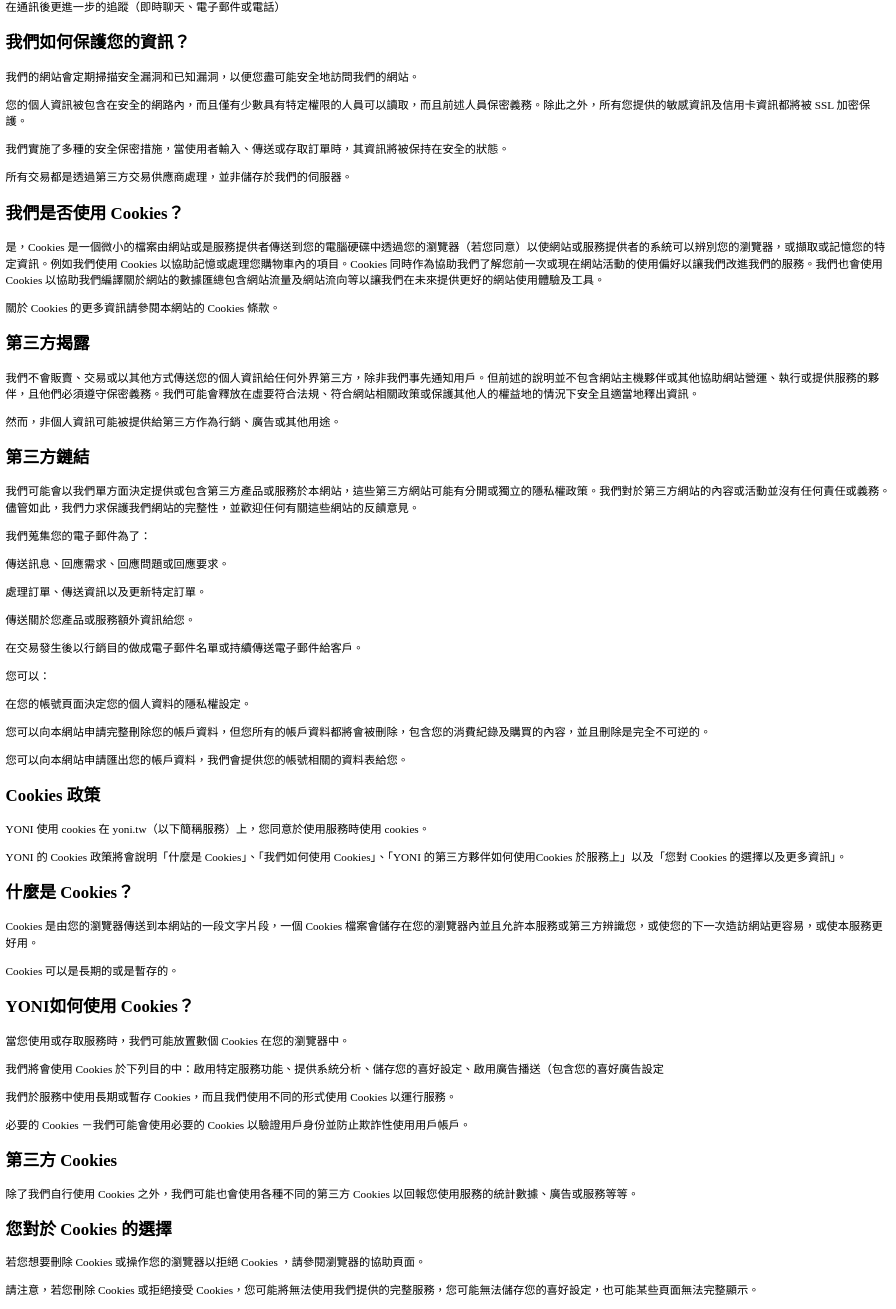
Repository: Jeffrey0117/yoni
Page: privacy.html
These files come from the project's save history. The page is drawn as it stood at one moment and after the next save; the edit follows.
The browser window is 1280 px wide. The pictures show the part of the page from y = 943 to 2863 px (the page is 2813 px tall before and 2863 px after), at 70% of full size.

Above is the page before, as saved 2025-10-15 20:48:22.

### privacy.html
<!DOCTYPE html>
<html lang="zh-TW">
<head>
<meta charset="UTF-8">
<title>隱私權政策</title>
</head>
<body>
<h1>隱私權條款</h1>
<p>本隱私權條款的編制目的是在提供在乎其線上使用個人資訊的使用者更好的服務。個人資訊是特定資訊可以被用於辨識、聯絡或定位個人，或是辨識獨立個體的內容。請仔細閱讀我們的隱私權政策以清楚了解我們如何在我們網站蒐集、使用、保護或處理您的個人資訊。</p>
<h2>我們會如何蒐集資訊？</h2>
<p>我們收集資訊是為了提供您更優質的服務，並用以判斷符合您需求的基本設定，當您在網站上購買或註冊時，我們可能會適當的要求您輸入您的姓名、電子郵件地址、信用卡資訊或其他資訊以協助您有更好的體驗。</p>
<p>如果您未登入本平台時，我們會運用您使用的瀏覽器或裝置所連接的唯一識別碼儲存我們所收集的資訊。</p>
<p>如果您登入本平台，我們會另外蒐集您註冊或使用本平台時所提供或儲存的相關資訊，並作為您的個人資料處理。</p>
<h2>我們什麼時候蒐集資訊？</h2>
<p>我們會在您嘗試註冊網站或 app、登入網站、使用網站、購買商品、填寫表單或提出支援請求等情形時蒐集資訊。</p>
<h2>我們會蒐集哪些資訊？</h2>
<p>我們可能會蒐集您使用的應用程式、瀏覽器和裝置資訊，除了提供您更優質的服務外，更有機會確保您所使用的應用程式、瀏覽器或裝置是屬於您個人所有，以盡可能的保障您的帳號安全。</p>
<p>我們可能會蒐集您使用本網站服務時進行的相關活動資訊，其中可能包含有您蒐尋的字詞、您觀看的影片、瀏覽次數、互動次數、交易活動、交流對象、分享對象、瀏覽紀錄、付款資訊、付款紀錄、電子郵件資訊及聯絡資訊等。</p>
<h2>我們會如何使用您的資訊？</h2>
<p>我們會以下列方式使用我們向您蒐集的資訊於您註冊時、購買時、登錄電子報時、回應調查時、市場溝通、瀏覽網頁或其他特定網站內容：</p>
<p>提供您個人化體驗以允許我們傳送您可能有興趣的內容或產品給您。</p>
<p>改進我們的網站以提供您更好的服務。</p>
<p>允許我們依照您的要求或回應提供更好的服務。</p>
<p>提供您更快速的交易方法。</p>
<p>請求您對產品或服務評分或留言。</p>
<p>在通訊後更進一步的追蹤（即時聊天、電子郵件或電話）</p>
<h2>我們如何保護您的資訊？</h2>
<p>我們的網站會定期掃描安全漏洞和已知漏洞，以便您盡可能安全地訪問我們的網站。</p>
<p>您的個人資訊被包含在安全的網路內，而且僅有少數具有特定權限的人員可以讀取，而且前述人員保密義務。除此之外，所有您提供的敏感資訊及信用卡資訊都將被 SSL 加密保護。</p>
<p>我們實施了多種的安全保密措施，當使用者輸入、傳送或存取訂單時，其資訊將被保持在安全的狀態。</p>
<p>所有交易都是透過第三方交易供應商處理，並非儲存於我們的伺服器。</p>
<h2>我們是否使用 Cookies？</h2>
<p>是，Cookies 是一個微小的檔案由網站或是服務提供者傳送到您的電腦硬碟中透過您的瀏覽器（若您同意）以使網站或服務提供者的系統可以辨別您的瀏覽器，或擷取或記憶您的特定資訊。例如我們使用 Cookies 以協助記憶或處理您購物車內的項目。Cookies 同時作為協助我們了解您前一次或現在網站活動的使用偏好以讓我們改進我們的服務。我們也會使用 Cookies 以協助我們編譯關於網站的數據匯總包含網站流量及網站流向等以讓我們在未來提供更好的網站使用體驗及工具。</p>
<p>關於 Cookies 的更多資訊請參閱本網站的 Cookies 條款。</p>
<h2>第三方揭露</h2>
<p>我們不會販賣、交易或以其他方式傳送您的個人資訊給任何外界第三方，除非我們事先通知用戶。但前述的說明並不包含網站主機夥伴或其他協助網站營運、執行或提供服務的夥伴，且他們必須遵守保密義務。我們可能會釋放在虛要符合法規、符合網站相關政策或保護其他人的權益地的情況下安全且適當地釋出資訊。</p>
<p>然而，非個人資訊可能被提供給第三方作為行銷、廣告或其他用途。</p>
<h2>第三方鏈結</h2>
<p>我們可能會以我們單方面決定提供或包含第三方產品或服務於本網站，這些第三方網站可能有分開或獨立的隱私權政策。我們對於第三方網站的內容或活動並沒有任何責任或義務。儘管如此，我們力求保護我們網站的完整性，並歡迎任何有關這些網站的反饋意見。</p>
<p>我們蒐集您的電子郵件為了：</p>
<p>傳送訊息、回應需求、回應問題或回應要求。</p>
<p>處理訂單、傳送資訊以及更新特定訂單。</p>
<p>傳送關於您產品或服務額外資訊給您。</p>
<p>在交易發生後以行銷目的做成電子郵件名單或持續傳送電子郵件給客戶。</p>
<p>您可以：</p>
<p>在您的帳號頁面決定您的個人資料的隱私權設定。</p>
<p>您可以向本網站申請完整刪除您的帳戶資料，但您所有的帳戶資料都將會被刪除，包含您的消費紀錄及購買的內容，並且刪除是完全不可逆的。</p>
<p>您可以向本網站申請匯出您的帳戶資料，我們會提供您的帳號相關的資料表給您。</p>
<h2>Cookies 政策</h2>
<p>YONI 使用 cookies 在 yoni.tw（以下簡稱服務）上，您同意於使用服務時使用 cookies。</p>
<p>YONI 的 Cookies 政策將會說明「什麼是 Cookies」、「我們如何使用 Cookies」、「YONI 的第三方夥伴如何使用Cookies 於服務上」以及「您對 Cookies 的選擇以及更多資訊」。</p>
<h2>什麼是 Cookies？</h2>
<p>Cookies 是由您的瀏覽器傳送到本網站的一段文字片段，一個 Cookies 檔案會儲存在您的瀏覽器內並且允許本服務或第三方辨識您，或使您的下一次造訪網站更容易，或使本服務更好用。</p>
<p>Cookies 可以是長期的或是暫存的。</p>
<h2>YONI如何使用 Cookies？</h2>
<p>當您使用或存取服務時，我們可能放置數個 Cookies 在您的瀏覽器中。</p>
<p>我們將會使用 Cookies 於下列目的中：啟用特定服務功能、提供系統分析、儲存您的喜好設定、啟用廣告播送（包含您的喜好廣告設定</p>
<p>我們於服務中使用長期或暫存 Cookies，而且我們使用不同的形式使用 Cookies 以運行服務。</p>
<p>必要的 Cookies －我們可能會使用必要的 Cookies 以驗證用戶身份並防止欺詐性使用用戶帳戶。</p>
<h2>第三方 Cookies</h2>
<p>除了我們自行使用 Cookies 之外，我們可能也會使用各種不同的第三方 Cookies 以回報您使用服務的統計數據、廣告或服務等等。</p>
<h2>您對於 Cookies 的選擇</h2>
<p>若您想要刪除 Cookies 或操作您的瀏覽器以拒絕 Cookies ，請參閱瀏覽器的協助頁面。</p>
<p>請注意，若您刪除 Cookies 或拒絕接受 Cookies，您可能將無法使用我們提供的完整服務，您可能無法儲存您的喜好設定，也可能某些頁面無法完整顯示。</p>
</body>
</html>

After the next save:
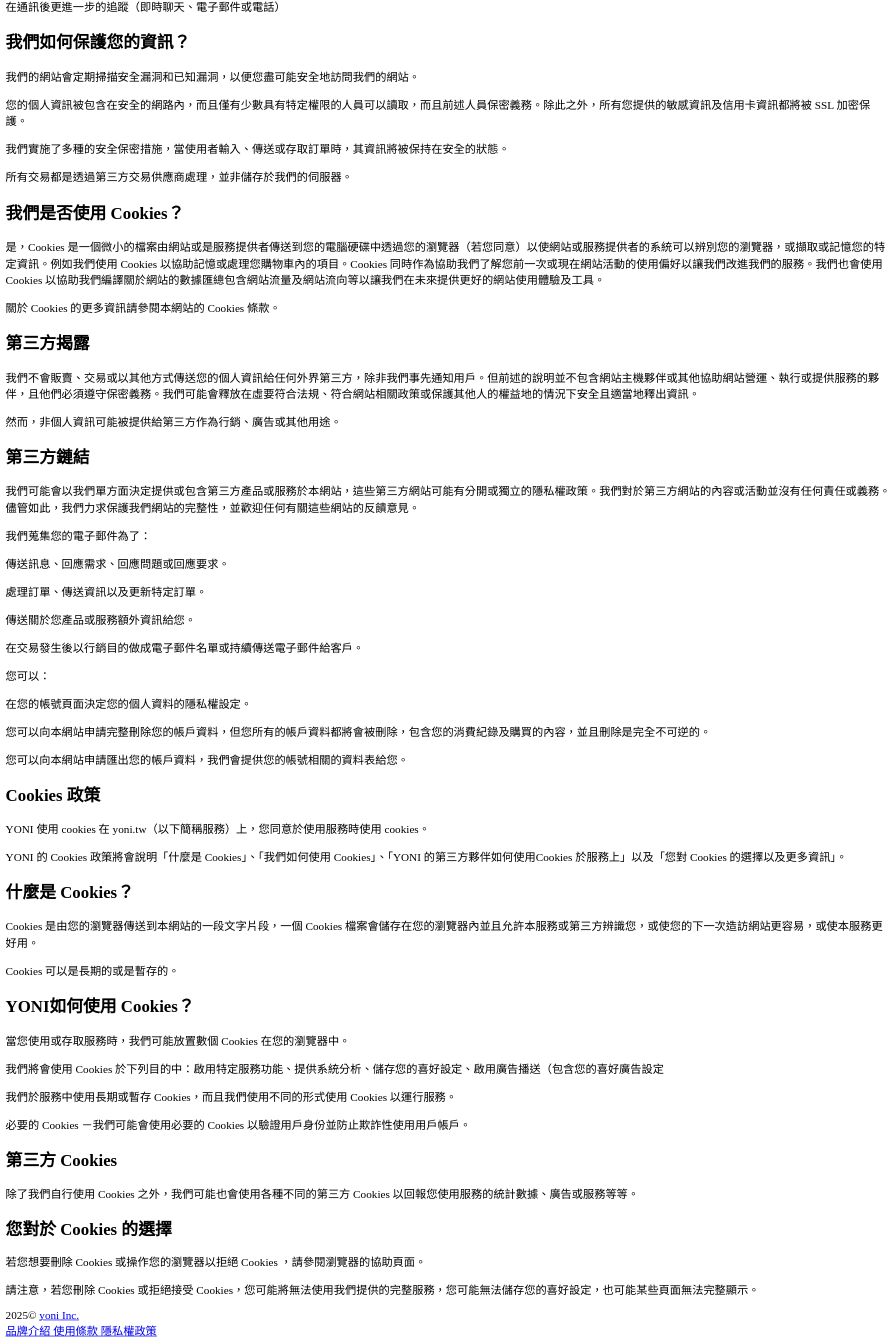
Saved 24 s later.
--- a/privacy.html
+++ b/privacy.html
@@ -62,5 +62,30 @@
 <h2>您對於 Cookies 的選擇</h2>
 <p>若您想要刪除 Cookies 或操作您的瀏覽器以拒絕 Cookies ，請參閱瀏覽器的協助頁面。</p>
 <p>請注意，若您刪除 Cookies 或拒絕接受 Cookies，您可能將無法使用我們提供的完整服務，您可能無法儲存您的喜好設定，也可能某些頁面無法完整顯示。</p>
-</body>
+    <footer class="footer mt-auto">
+      <div class="kt-container-fixed">
+        <div class="flex flex-col md:flex-row justify-center md:justify-between items-center gap-3 py-5">
+          <div class="flex order-2 md:order-1 gap-2 font-normal text-sm">
+            <span class="text-muted-foreground">
+              2025©
+            </span>
+            <a class="text-secondary-foreground hover:text-primary" href="https://www.yoni.tw">
+              yoni Inc.
+            </a>
+          </div>
+          <nav class="flex order-1 md:order-2 gap-4 font-normal text-sm text-secondary-foreground">
+            <a class="hover:text-primary" href="about.html">
+              品牌介紹
+            </a>
+            <a class="hover:text-primary" href="terms.html">
+              使用條款
+            </a>
+            <a class="hover:text-primary" href="privacy.html">
+              隱私權政策
+            </a>
+          </nav>
+        </div>
+      </div>
+    </footer>
+  </body>
 </html>
